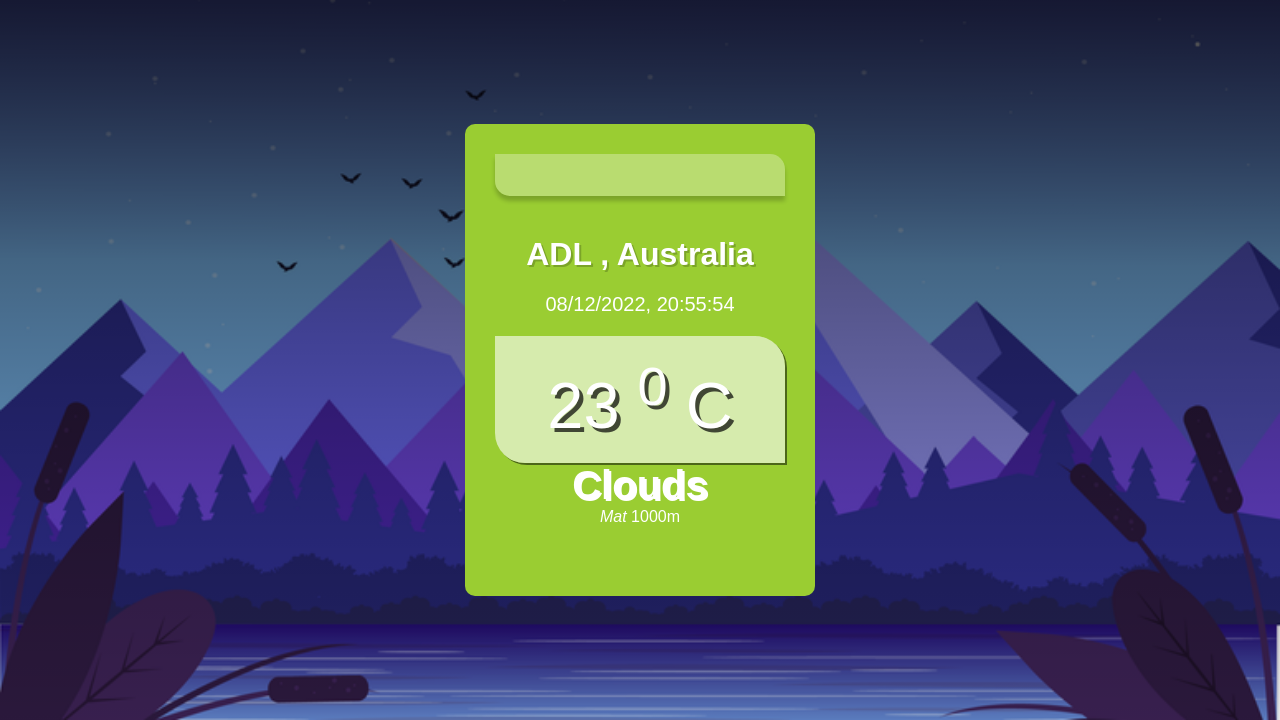
Repository: andrewhuynh561/weather-app-1
Page: index.html
An editor plug-in stored every save of this project. The page is shown before and after the next save, followed by the edit.
The browser window is 1280 px wide. The pictures show the whole page.

Above is the page before, as saved 2022-12-08 21:14:28.

### index.html
<!DOCTYPE html>
<html lang="en">
<head>
    <meta charset="UTF-8">
    <meta http-equiv="X-UA-Compatible" content="IE=edge">
    <meta name="viewport" content="width=device-width, initial-scale=1.0">
    <title>Weather app</title>
    <link
     rel="stylesheet"
     href="https://cdnjs.cloudflare.com/ajax/libs/font-awesome/6.0.0-beta2/css/all.min.css"
     integrity="sha512-YWzhKL2whUzgiheMoBFwW8CKV4qpHQAEuvilg9FAn5VJUDwKZZxkJNuGM4XkWuk94WCrrwslk8yWNGmY1EduTA=="
     crossorigin="anonymous"
     referrerpolicy="no-referrer">
    <link rel="stylesheet" href="style.css">
</head>
<body>
    <div id="weather">
        <input type="text" class="search">
        <div class="content">
            <h1 class="capital">
                <span class="city">ADL</span>
                <span>,</span>
                <span class="country">Australia</span>
            </h1>

            <div class="time">08/12/2022, 20:55:54</div>

            <div class="temperature">
                <span class="value">23 <sup>0</sup> C</span>
            </div>

            <div class="short-desc">Clouds</div>

            <div class="more-desc">
                <div class="visibility">
                    <i>Mat</i>
                    <span>1000m</span>
                </div>
            </div>
        </div>
    </div>

</body>
</html>

### style.css
*{
    margin: 0;
    padding: 0;
    box-sizing: border-box;
}
body{
    font-family: sans-serif;
    height: 100vh;
    display: flex;
    justify-content: center;
    align-items: center;
    background: linear-gradient(to bottom, rgba(0,0,0,0.7),rgba(0,0,0,0.1)),url(./image/222.png)  no-repeat center/cover;
}

#weather{
    width: 350px;
    border-radius:10px ;
    padding: 30px 30px;
    background: yellowgreen;
}

.search{
    width: 100%;
    padding: 10px 20px;
    border: none;
    outline: none;
    background: rgba(255,255,255,0.3);
    border-radius: 0 15px 0 15px;
    box-shadow:0 5px 4px rgba(0,0,0,0.2);
    transition:0.4s ;
    font-size: 19px;
}
.search:focus{
    background: rgba(255,255,255,0.7);
    border-radius: 15px 0 15px 0;
}
.content{
    text-align: center;
    color: white;
    margin: 40px 0;
}
.capital{
    text-shadow: 2px 2px rgba(0,0,0,0.2);
}
.time{
    margin: 20px 0;
    font-size: 15pt;
}
.temperature{
    font-size: 65px;
    text-shadow: 4px 4px rgba(0,0,0,0.7);
    background: rgba(255,255,255,0.6);
    box-shadow: 2px 2px rgba(0,0,0,0.5);
    border: none;
    border-radius: 0 30px;
    padding: 20px;
}
.short-desc{
    font-size: 40px;
    font-weight: bold;
    text-shadow: 2px 2px;

}

After the next save:
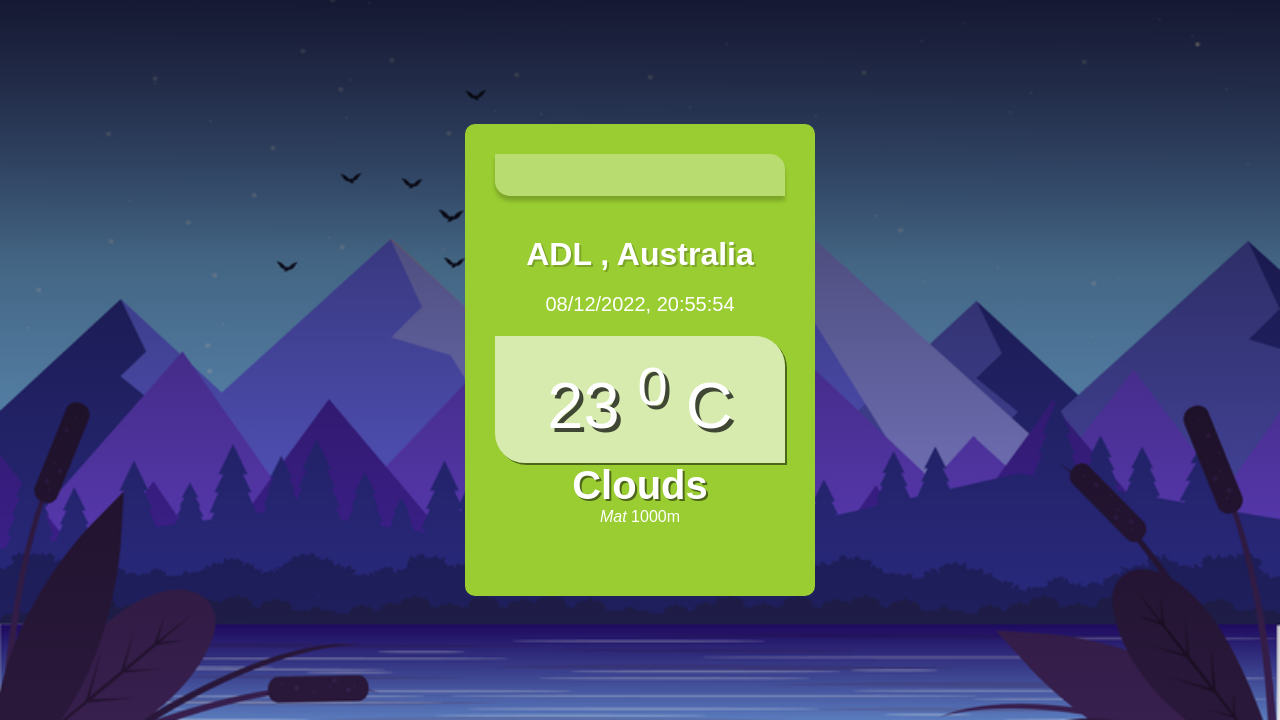
Saved 10 s later.
--- a/style.css
+++ b/style.css
@@ -58,6 +58,6 @@ body{
 .short-desc{
     font-size: 40px;
     font-weight: bold;
-    text-shadow: 2px 2px;
+    text-shadow: 2px 2px rgba(0,0,0,0.5);
 
 }
